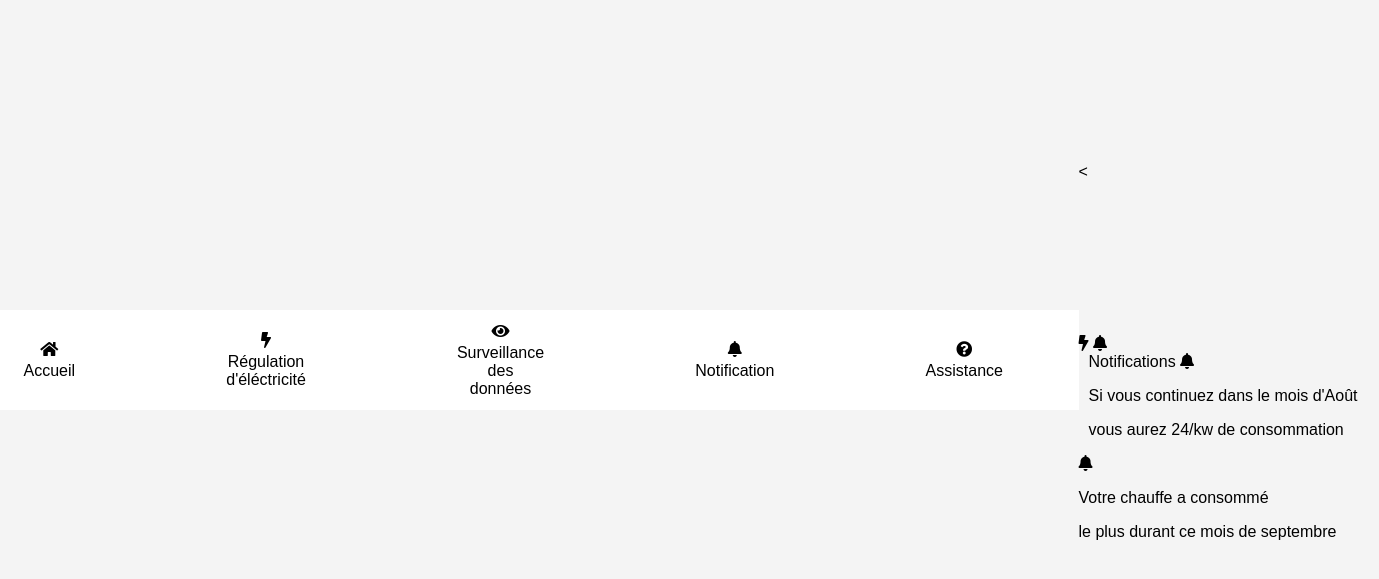
Repository: hamdia200/OSC-Ecowiz
Page: http://localhost/accueil
The author's editor kept a copy of each file at every save. The page is drawn from the files as they stood at one save, then again after the next save.
The browser window is 1280 px wide. The page is 1379 px wide, so the pictures cover 1379 px, including what lies to the right of the window. The pictures show the whole page.
The page is served by the project's Laravel application, run on PHP 8.4 with Laravel 10.

Above is the page before, as saved 2023-08-18 13:45:18.
Console error: TypeError: Cannot read properties of null (reading 'getContext')

After the next save:
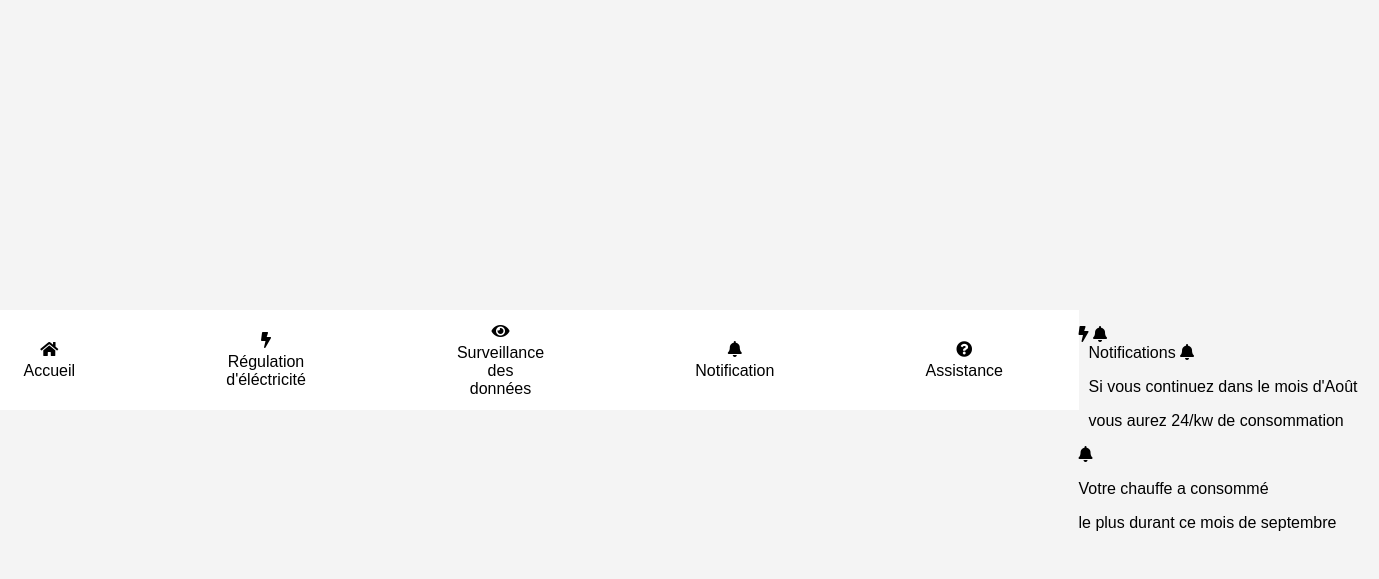
Saved 5 s later.
--- a/resources/views/accueil.blade.php
+++ b/resources/views/accueil.blade.php
@@ -42,7 +42,7 @@
                     <div class="col-md-6">
                         <div class="row">
                             <div class="col-xl-3">
-                                <<div class="circle-container">
+                                <div class="circle-container">
                                     <div class="chart-container">
                                         <canvas id="myChart"></canvas>
                                     </div>
